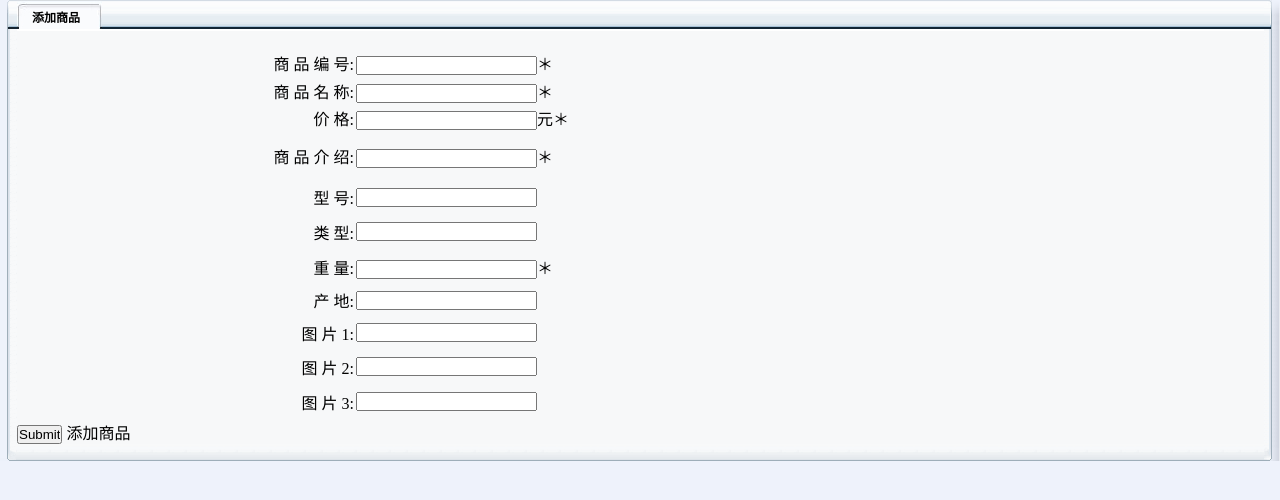
Repository: wzhcxw/shop
Page: ShopOnline/WebContent/admin/addsku.html
The author's editor kept a copy of each file at every save. The page is drawn from the files as they stood at one save, then again after the next save.
The browser window is 1280 px wide. The pictures show the whole page.

Above is the page before, as saved 2014-09-29 05:30:12.

After the next save:
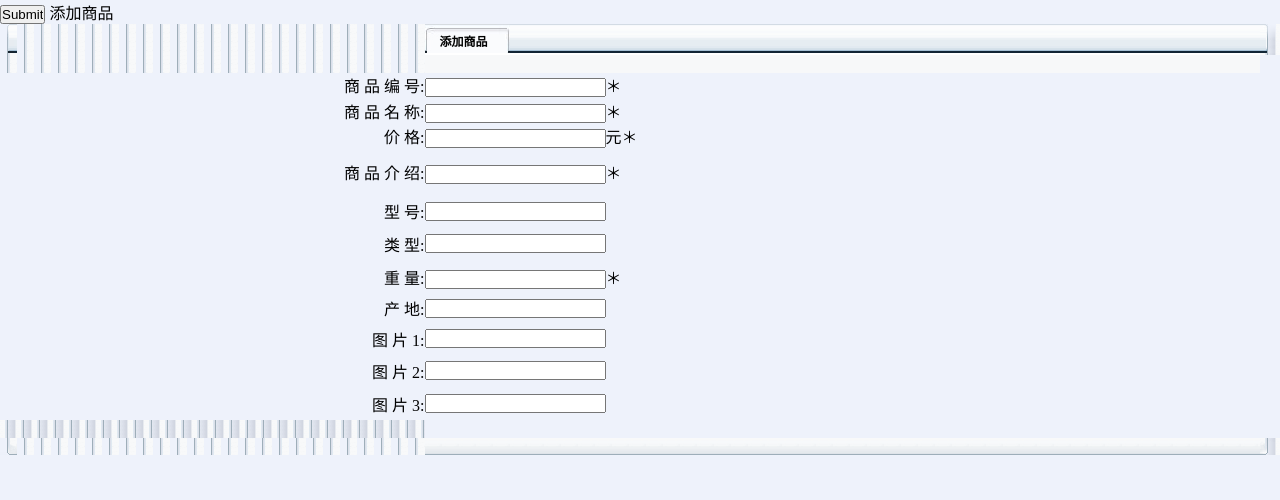
Saved 108 s later.
--- a/ShopOnline/WebContent/admin/addsku.html
+++ b/ShopOnline/WebContent/admin/addsku.html
@@ -12,7 +12,7 @@
 		function postss(){
 
 
-			var table =  document.getElementById("table")
+
 			var va = null;
 	        var shangpinid =document.getElementById("shangpinid").value;
 
@@ -92,7 +92,7 @@
 <body  id= mainbody  >
  	<br>
  	<form>
-	<table id="table" width="1000">
+
         <tr >
         	<td  class="tal" width="333" height="22">商 品 编 号:</td>
            <td  class = "taa" width="655"><input id="shangpingid" width="100"></input>＊</td>
@@ -138,7 +138,7 @@
         	<td height="33" class="tal"  >图 片 3:</td>
            <td><input id="image2"  width="350"></input></td>
         </tr>
-    </table>
+
 
     <input type=submit  onclick="postss()"> 添加商品</input>
     </form>

After the save that followed:
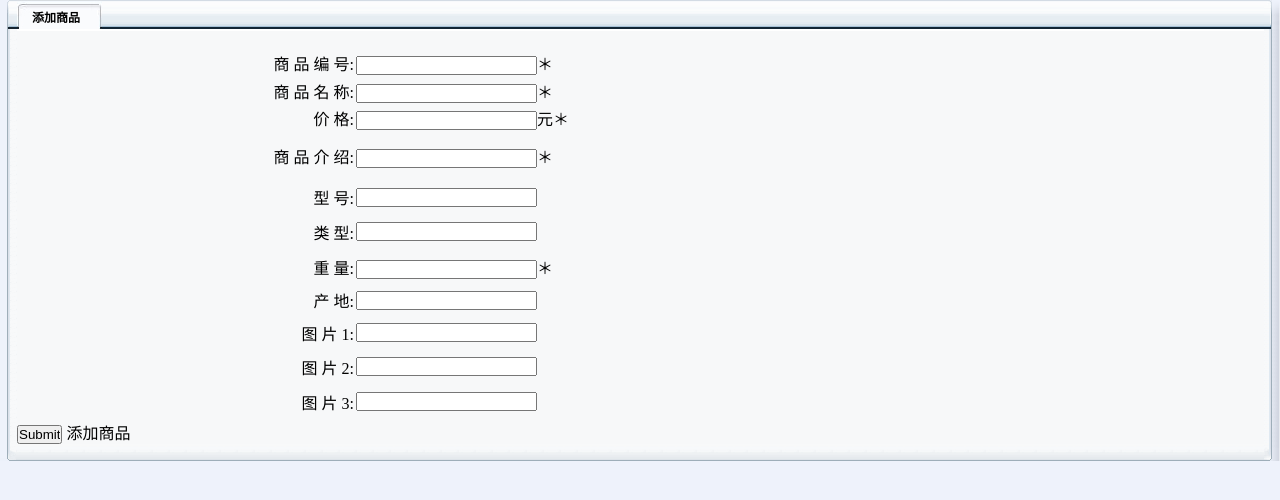
Saved 105 s later.
--- a/ShopOnline/WebContent/admin/addsku.html
+++ b/ShopOnline/WebContent/admin/addsku.html
@@ -11,11 +11,10 @@
 
 		function postss(){
 
-
-
+			alert("helo");
+			var table =  document.getElementById("table")
 			var va = null;
 	        var shangpinid =document.getElementById("shangpinid").value;
-
 	        alert(shangpinid);
 	        var name =	document.getElementById("name").value;
 	        var price =	document.getElementById("price").value;
@@ -92,7 +91,7 @@
 <body  id= mainbody  >
  	<br>
  	<form>
-
+	<table id="table" width="1000">
         <tr >
         	<td  class="tal" width="333" height="22">商 品 编 号:</td>
            <td  class = "taa" width="655"><input id="shangpingid" width="100"></input>＊</td>
@@ -138,7 +137,7 @@
         	<td height="33" class="tal"  >图 片 3:</td>
            <td><input id="image2"  width="350"></input></td>
         </tr>
-
+    </table>
 
     <input type=submit  onclick="postss()"> 添加商品</input>
     </form>
